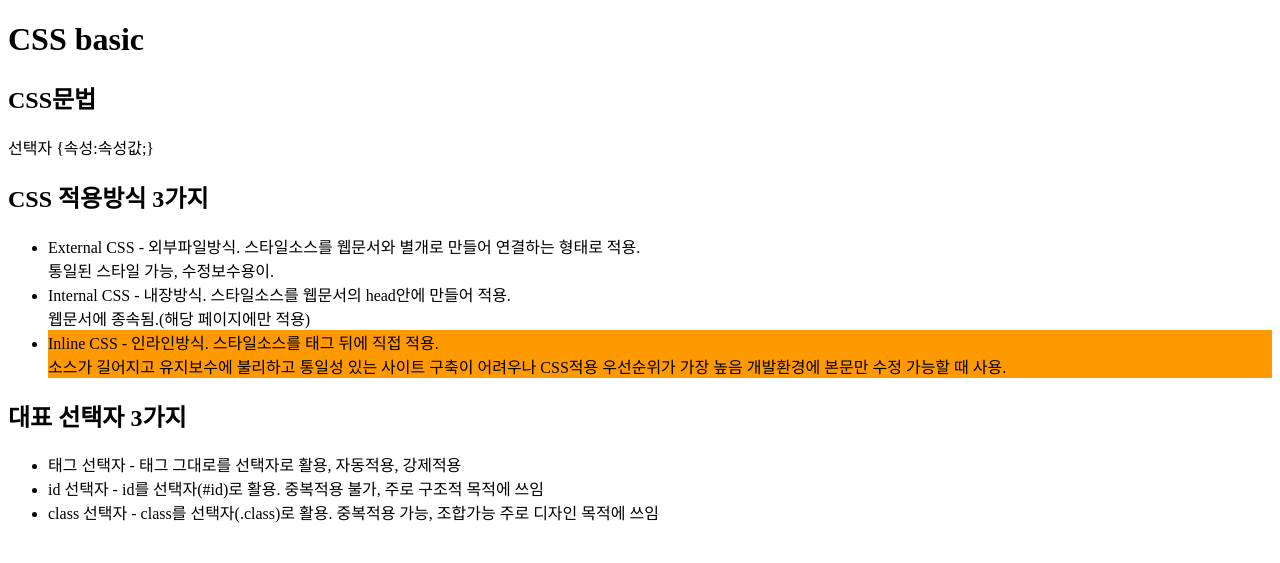
Repository: Git-Seokcoding/WEB
Page: CSS3/src/main/webapp/basic.html
These files come from the project's save history. The page is drawn as it stood at one moment and after the next save; the edit follows.
The browser window is 1280 px wide. The pictures show the whole page.

Above is the page before, as saved 2023-10-12 07:57:04.

### CSS3/src/main/webapp/basic.html
<!DOCTYPE html>
<html>
<head>
<meta charset="UTF-8">
<title>CSS basic</title>
</head>
<body>
	<h1>CSS basic</h1>
	<h2>CSS문법</h2>
	<p>선택자 {속성:속성값;}</p>

	<h2>CSS 적용방식 3가지</h2>
	<ul>
		<li>External CSS
		- 외부파일방식. 스타일소스를 웹문서와 별개로 만들어 연결하는 형태로 적용. <br>
		  통일된 스타일 가능, 수정보수용이.</li>
		<li>Internal CSS
		- 내장방식. 스타일소스를 웹문서의 head안에 만들어 적용.<br>
		  웹문서에 종속됨.(해당 페이지에만 적용)</li>
		<li style="background-color: #f90;">Inline CSS
		- 인라인방식. 스타일소스를 태그 뒤에 직접 적용. <br>
		  소스가 길어지고 유지보수에 불리하고 통일성 있는 사이트 구축이 어려우나 CSS적용 우선순위가 가장 높음
		  개발환경에 본문만 수정 가능할 때 사용.</li>
	</ul>

	<h2>대표 선택자 3가지</h2>
	<ul>
	<li>태그 선택자  - 태그 그대로를 선택자로 활용, 자동적용, 강제적용</li>
	<li>id 선택자 - id를 선택자(#id)로 활용. 중복적용 불가, 주로 구조적 목적에 쓰임</li>
	<li>class 선택자 - class를 선택자(.class)로 활용. 중복적용 가능, 조합가능 주로 디자인 목적에 쓰임</li>
	</ul>
</body>
</html>

After the next save:
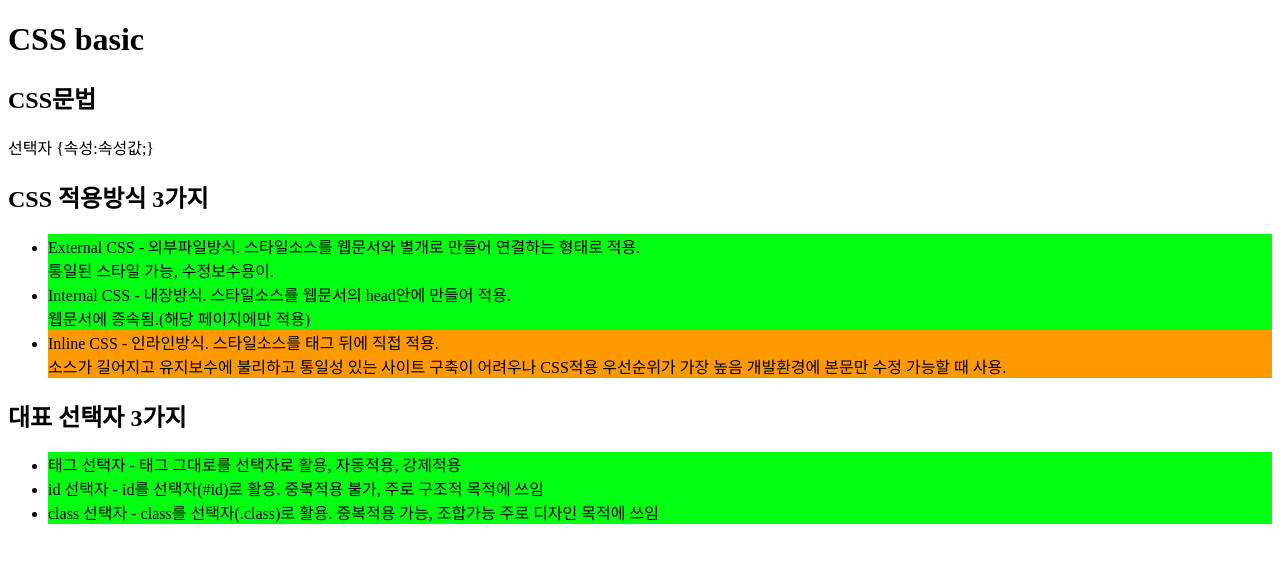
Saved 3 min 29 s later.
--- a/CSS3/src/main/webapp/basic.html
+++ b/CSS3/src/main/webapp/basic.html
@@ -3,6 +3,9 @@
 <head>
 <meta charset="UTF-8">
 <title>CSS basic</title>
+	<style type="text/css">
+	li{background-color: #0f1}
+	</style>
 </head>
 <body>
 	<h1>CSS basic</h1>
